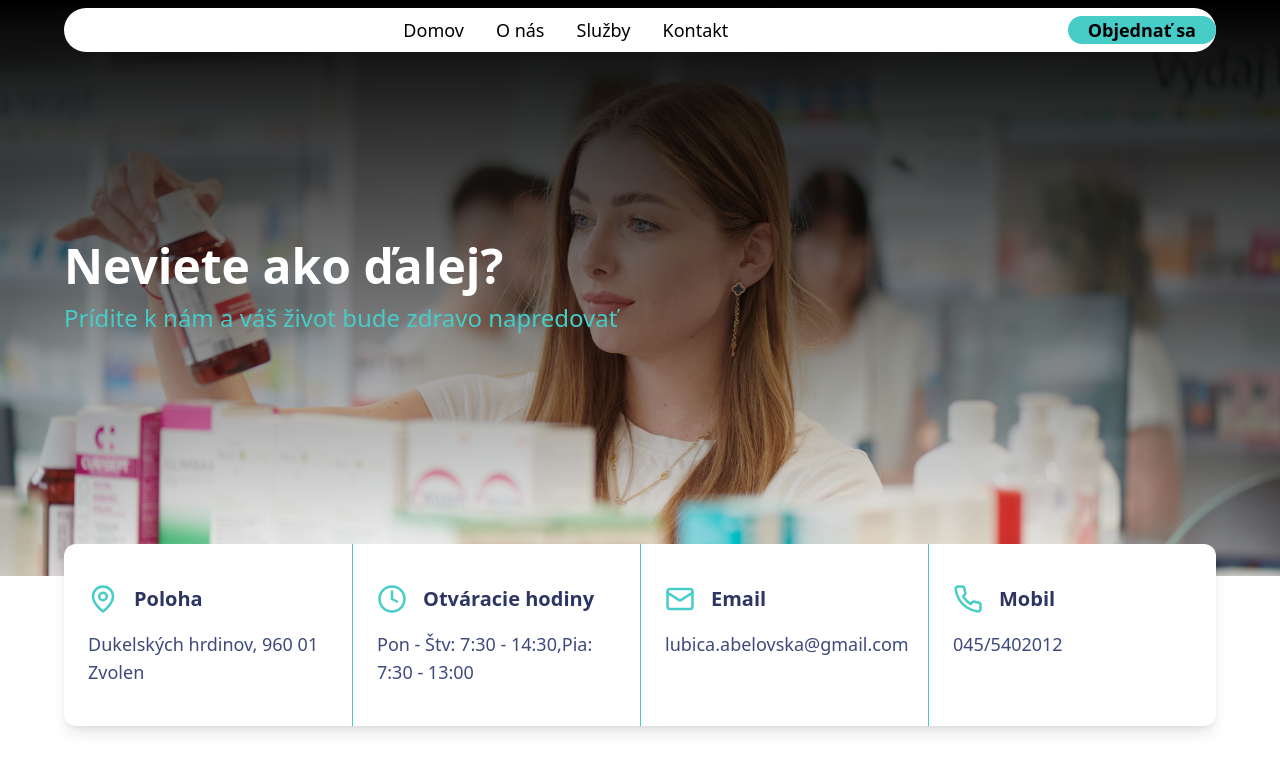
Repository: SimonSkoda13/Lekaren
Page: /
The author's editor kept a copy of each file at every save. The page is drawn from the files as they stood at one save, then again after the next save.
The browser window is 1280 px wide. The pictures show the whole page.
The project was rebuilt for these pictures with package versions that can differ from the ones it lists, and the page was loaded fresh each time. The framework's server and built-in components were replaced by stand-ins that run in the browser. Also part of the build but not shown: next.config.js.

Above is the page before, as saved 2023-04-22 19:24:03.

### src/app/layout.tsx
import { Header } from "./components/Header/Header";
import "./globals.css";
import { Poppins } from "next/font/google";

export const metadata = {
  title: "Create Next App",
  description: "Generated by create next app",
};

export default function RootLayout({
  children,
}: {
  children: React.ReactNode;
}) {
  return (
    <html lang="en">
      <body className="bg-white min-h-[100vh]">
        <Header />
        <main>{children}</main>
        <footer></footer>
      </body>
    </html>
  );
}

### src/app/page.tsx
import Image from "next/image";
import { Inter } from "next/font/google";
import { HomeHero } from "./components/HomeHero/HomeHero";
import { Contact } from "./components/Contact/Contact";
import { Phone, MapPin, Clock4, Mail } from "lucide-react";

const inter = Inter({ subsets: ["latin"] });

// page with

export default function Home() {
  return (
    <>
      <HomeHero
        title={"Neviete ako ďalej?"}
        image={"/homeBanner.jpg"}
        description={"Prídite k nám a váš život bude zdravo napredovať"}
      />
      <Contact
        items={[
          {
            title: "Poloha",
            link: "https://goo.gl/maps/L5p9gij7kJ6iXfnA9",
            description: "Dukelských hrdinov, 960 01 Zvolen",
            icon: <MapPin size={30} className="stroke-primary" />,
          },
          {
            title: "Otváracie hodiny",
            link: "https://goo.gl/maps/L5p9gij7kJ6iXfnA9",
            description: "Pon - Štv:  7:30 - 14:30,Pia: 7:30 - 13:00",
            icon: <Clock4 size={30} className="stroke-primary" />,
          },
          {
            title: "Email",
            link: "mailto:lubica.abelovska@gmail.com",
            description: "lubica.abelovska@gmail.com",
            icon: <Mail size={30} className="stroke-primary" />,
          },
          {
            title: "Mobil",
            description: "045/5402012",
            link: "tel:045/5402012",
            icon: <Phone size={30} className="stroke-primary" />,
          },
        ]}
      />
    </>
  );
}

### src/app/components/Header/Header.tsx
import Link from "next/link";
import React from "react";

export interface HeaderProps {}

export const Header = (props: HeaderProps) => {
  const {} = props;
  return (
    <header className="cntn fixed w-full top-2 z-10">
      <div className="flex bg-white rounded-full items-center">
        <div className="py-2 px-4 flex gap-8 items-center mx-auto text-lg font-medium">
          <Link href="/">Domov</Link>
          <Link href="/onas">O nás</Link>
          <Link href="/sluzby">Služby</Link>
          <Link href="/kontakt">Kontakt</Link>
        </div>
        {/* button order self */}
        <div className="flex justify-center items-center px-5 p-0 bg-primary rounded-full text-lg font-bold">
          <Link href="/order">Objednať sa</Link>
        </div>
      </div>
    </header>
  );
};

### src/app/globals.css
@tailwind base;
@tailwind components;
@tailwind utilities;

@layer components {
  .cntn {
    @apply mx-auto px-4  max-w-screen-xl md:px-16;
  }
}

### src/app/components/HomeHero/HomeHero.tsx
import Image from "next/image";
import React from "react";
import { ImageGradient } from "./ImageGradient/ImageGradient";

export interface HomeHeroProps {
  title: string;
  image: string;
  description: string;
}

export const HomeHero = (props: HomeHeroProps) => {
  const { title, image, description } = props;
  return (
    <section className="relative h-[80vh] z-0 px-0">
      <div className="w-full h-full absolute left-0 top-0 ">
        {/* make filter for image to odd brightness from top biggest to bottom lowest */}
        <ImageGradient>
          <Image
            src={image}
            alt="Next.js logo"
            fill
            style={{
              objectFit: "cover",
              objectPosition: "center",
            }}
          />
        </ImageGradient>
      </div>
      <div className="cntn relative gap-3 h-full flex justify-center flex-wrap flex-col z-10">
        <h1 className="text-5xl font-bold text-white">{title}</h1>
        <p className="text-2xl text-primary">{description}</p>
      </div>
    </section>
  );
};

### src/app/components/Contact/Contact.tsx
import { Phone } from "lucide-react";
import { Url } from "next/dist/shared/lib/router/router";
import Image from "next/image";
import Link from "next/link";
import React, { ReactNode } from "react";

export interface ContactProps {
  items?: {
    title: string;
    description: string;
    icon: ReactNode;
    link?: string;
  }[];
}

export const Contact = (props: ContactProps) => {
  const { items } = props;
  return (
    <section className="cntn z-10 relative top-[-2rem]">
      <div className="w-full h-full grid grid-cols-2 md:grid-cols-4 items-start bg-white rounded-xl shadow-lg divide-x divide-primary">
        {items?.map((item) => (
          <Link href={item?.link as Url} className="h-full">
            <div className="flex flex-col items-start gap-4 p-6 py-10">
              <div className="flex w-full flex-row gap-4 items-center">
                {item.icon}
                <h2 className="text-xl font-bold text-secondary">
                  {item.title}
                </h2>
              </div>
              <p className="text-lg font-medium text-secondary-light">
                {item.description}
              </p>
            </div>
          </Link>
        ))}
      </div>
    </section>
  );
};

### src/app/components/HomeHero/ImageGradient/ImageGradient.tsx
import React from "react";

export interface ImageGradientProps {
  children: React.ReactNode;
}

export const ImageGradient = (props: ImageGradientProps) => {
  const { children } = props;
  return (
    <div className="relative w-full h-full overflow-hidden z-10">
      <div className="absolute inset-0 z-10 bg-gradient-to-b from-black"></div>
      {children}
    </div>
  );
};

### tailwind.config.js
/** @type {import('tailwindcss').Config} */
module.exports = {
  content: [
    "./src/pages/**/*.{js,ts,jsx,tsx,mdx}",
    "./src/components/**/*.{js,ts,jsx,tsx,mdx}",
    "./src/app/**/*.{js,ts,jsx,tsx,mdx}",
  ],
  theme: {
    extend: {
      colors: {
        primary: "#47CCC8",
        secondary: "#2D3663",
        "secondary-light": "#3D4A7C",
      },
    },
  },
  plugins: [],
};

Loaded but not shown: src/app/api/hello/route.ts (common file)

After the next save:
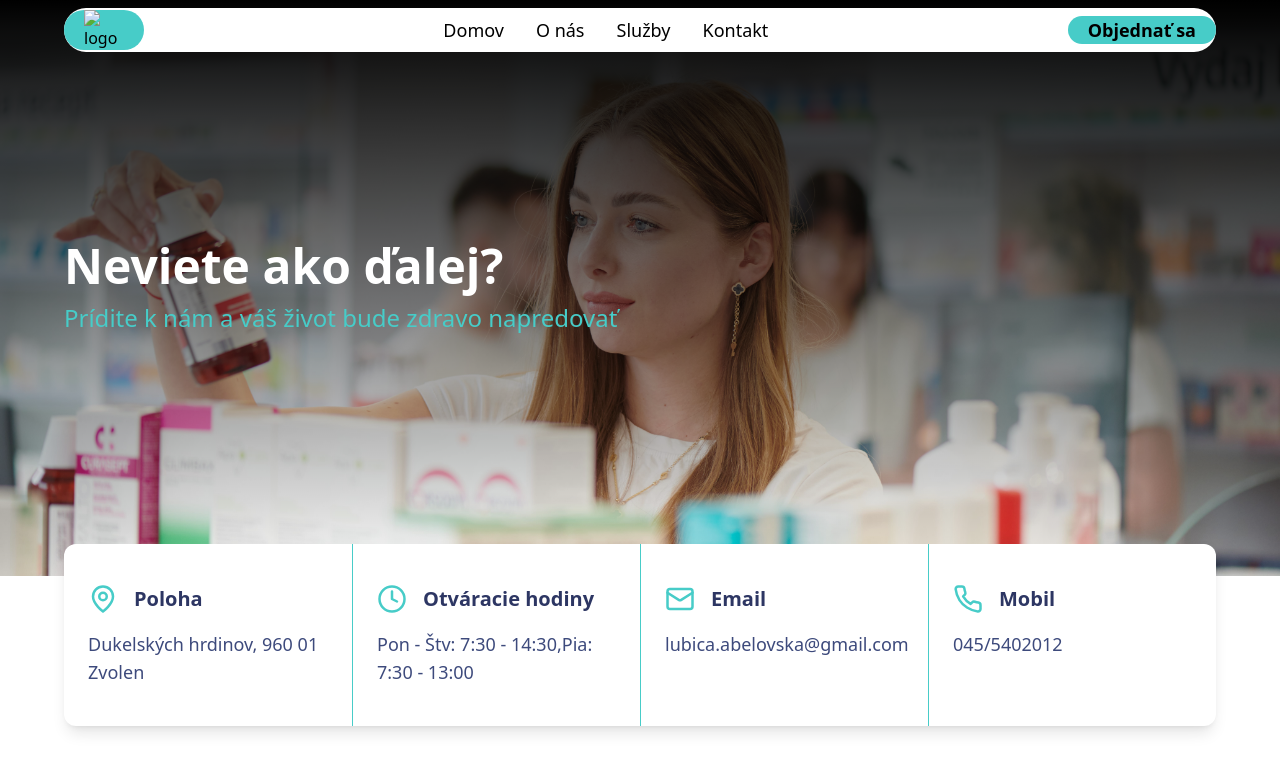
Not found: logo.png
Saved 107 s later.
--- a/src/app/components/Header/Header.tsx
+++ b/src/app/components/Header/Header.tsx
@@ -8,6 +8,13 @@ export const Header = (props: HeaderProps) => {
   return (
     <header className="cntn fixed w-full top-2 z-10">
       <div className="flex bg-white rounded-full items-center">
+        {/* logo */}
+        <div className="flex justify-center items-center px-5 p-0 bg-primary rounded-full">
+          <Link href="/">
+            <img src="/logo.png" alt="logo" className="w-10 h-10" />
+          </Link>
+        </div>
+        {/* nav */}
         <div className="py-2 px-4 flex gap-8 items-center mx-auto text-lg font-medium">
           <Link href="/">Domov</Link>
           <Link href="/onas">O nás</Link>

After the 2 saves that followed:
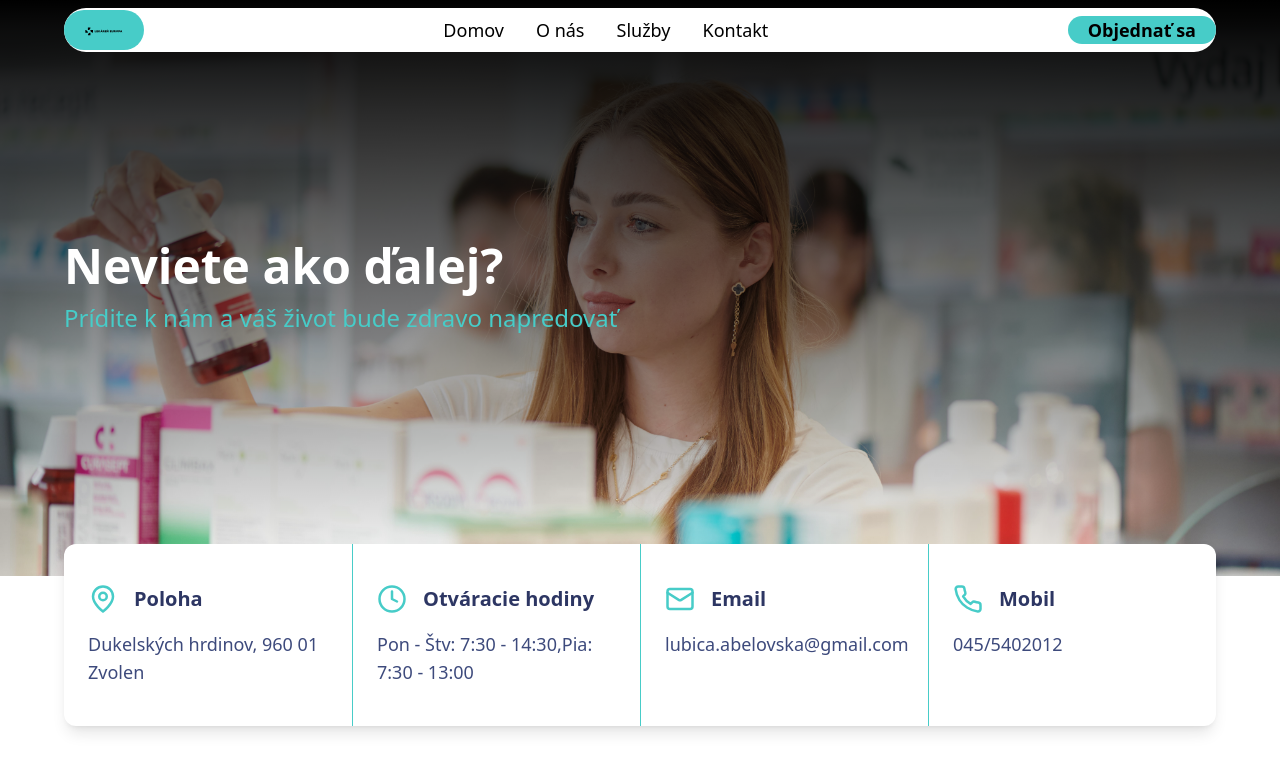
The 2 saves are shown as one change because 1 left the picture as it was.
The last was saved 28 s later.
--- a/src/app/components/Header/Header.tsx
+++ b/src/app/components/Header/Header.tsx
@@ -11,7 +11,7 @@ export const Header = (props: HeaderProps) => {
         {/* logo */}
         <div className="flex justify-center items-center px-5 p-0 bg-primary rounded-full">
           <Link href="/">
-            <img src="/logo.png" alt="logo" className="w-10 h-10" />
+            <img src="/headerLogo.svg" alt="logo" className="w-10 h-10" />
           </Link>
         </div>
         {/* nav */}
